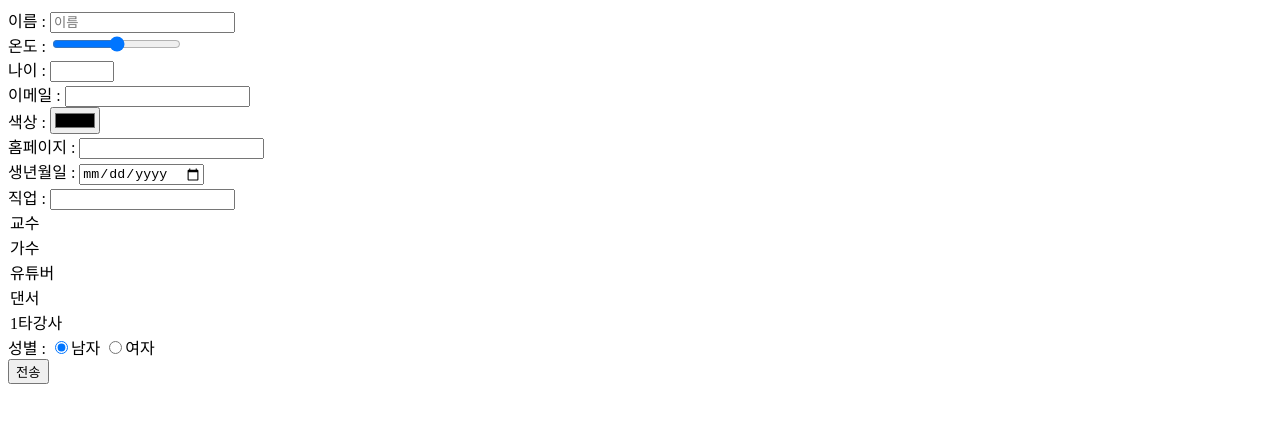
Repository: doridorijamjam2/JSP-Servlet
Page: Day_01/src/main/webapp/formPost.html
These files come from the project's save history. The page is drawn as it stood at one moment and after the next save; the edit follows.
The browser window is 1280 px wide. The pictures show the whole page.

Above is the page before, as saved 2021-10-19 04:13:29.

After the next save:
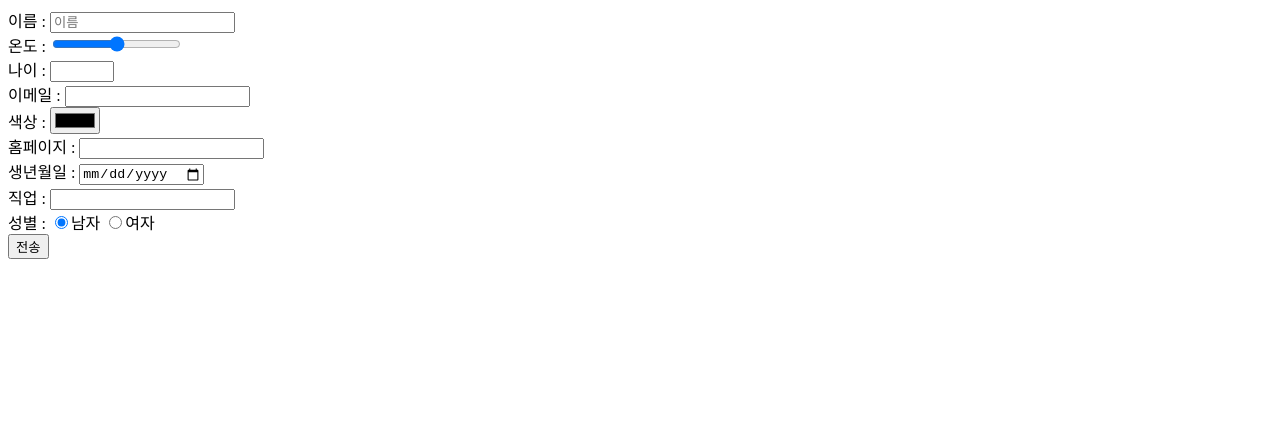
Saved 65 s later.
--- a/Day_01/src/main/webapp/formPost.html
+++ b/Day_01/src/main/webapp/formPost.html
@@ -25,13 +25,13 @@
 		<input type = "date" name = "birthday" id = "birthday" ><br>
 		<lable for = "job"> 직업 : </lable>
 		<input type = "text" name = "job" id = "job" list = "jobList" ><br>
-		<datelist id = "jobList">
+		<datalist id = "jobList">
 		    <option>교수</option>
 		    <option>가수</option>
 		    <option>유튜버</option>
 		    <option>댄서</option>
 		    <option>1타강사</option>
-		</datelist>
+		</datalist>
 		<lable for = "gender1"> 성별 : </lable>
 		<input type = "radio" name = "gender" id = "gender1" value = "M"
 		checked = "checked">남자
